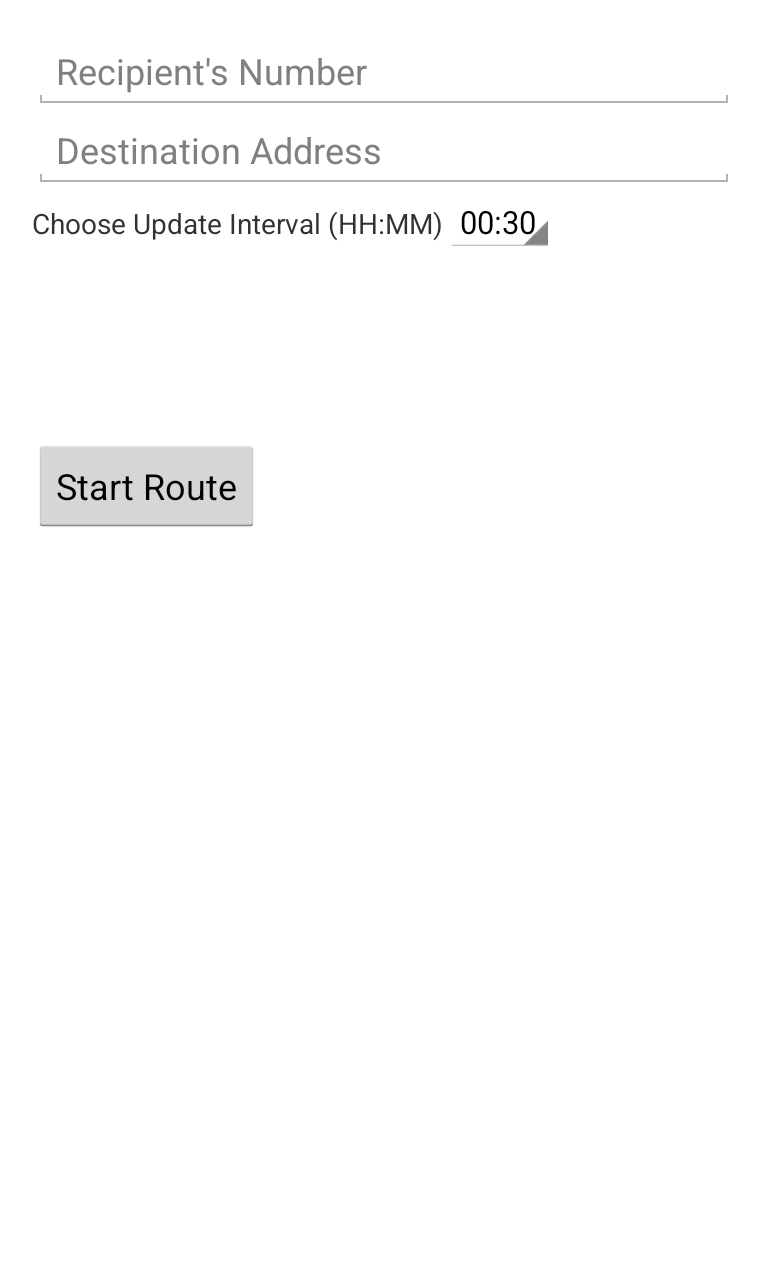
Repository: jmh9072/zolotnik
Layout: app/Herald!/res/layout/activity_main.xml
These files come from the project's save history. The layout is drawn as it stood at one moment and after the next save; the edit follows.
It is drawn on a 768 x 1280 px phone screen (xhdpi) without system bars, with theme AppTheme; the app's code is not run.

Above is the layout before, as saved 2013-06-08 01:27:53.

### app/Herald!/res/layout/activity_main.xml
<LinearLayout xmlns:android="http://schemas.android.com/apk/res/android"
    xmlns:tools="http://schemas.android.com/tools"
    android:layout_width="match_parent"
    android:layout_height="match_parent"
    android:orientation="vertical"
    android:paddingBottom="@dimen/activity_vertical_margin"
    android:paddingLeft="@dimen/activity_horizontal_margin"
    android:paddingRight="@dimen/activity_horizontal_margin"
    android:paddingTop="@dimen/activity_vertical_margin"
    tools:context=".MainActivity" >

    <EditText
        android:id="@+id/recipient_number"
        android:layout_width="fill_parent"
        android:layout_height="wrap_content"
        android:hint="@string/phone_hint"
        android:inputType="phone"/>

    <EditText
        android:id="@+id/destination_address"
        android:layout_width="fill_parent"
        android:layout_height="wrap_content"
        android:hint="@string/address_hint"
        android:inputType="textPostalAddress"/>

    <LinearLayout
        android:layout_width="fill_parent"
        android:layout_height="124dp"
        android:orientation="horizontal" >

         <TextView
        	android:id="@+id/spinner_prompt"
        	android:layout_width="wrap_content"
        	android:layout_height="wrap_content"
        	android:text="@string/update_interval"/>

    	<Spinner
        	android:id="@+id/interval_spinner"
        	android:layout_width="wrap_content"
        	android:layout_height="wrap_content"
       	 	android:entries="@array/interval_array"
        	android:prompt="@string/update_interval"/>


    </LinearLayout>


    <Button
        android:id="@+id/start_button"
        android:layout_width="wrap_content"
        android:layout_height="wrap_content"
        android:text="@string/start_route"/>



</LinearLayout>

### app/Herald!/res/values/strings.xml
<?xml version="1.0" encoding="utf-8"?>
<resources>

    <string name="app_name">Herald!</string>
    <string name="action_settings">Settings</string>
    <string name="phone_hint">Recipient\'s Number</string>
    <string name="address_hint">Destination Address</string>
    <string name="update_interval">Choose Update Interval (HH:MM)</string>
    <string name="start_route">Start Route</string>

    <string-array name="interval_array">
        <item>00:30</item>
        <item>00:45</item>
        <item>01:00</item>
        <item>01:15</item>
        <item>01:30</item>
        <item>01:45</item>
        <item>02:00</item>
        <item>02:15</item>
        <item>02:30</item>
        <item>02:45</item>
        <item>03:00</item>
        <item>03:15</item>
        <item>03:30</item>
        <item>03:45</item>
        <item>04:00</item>
    </string-array>

</resources>

Loaded but not shown: app/Herald!/res/values/styles.xml (common file); app/Herald!/res/values-v11/styles.xml (common file); app/Herald!/res/values-v14/styles.xml (common file); app/Herald!/res/values/dimens.xml (common file)

After the next save:
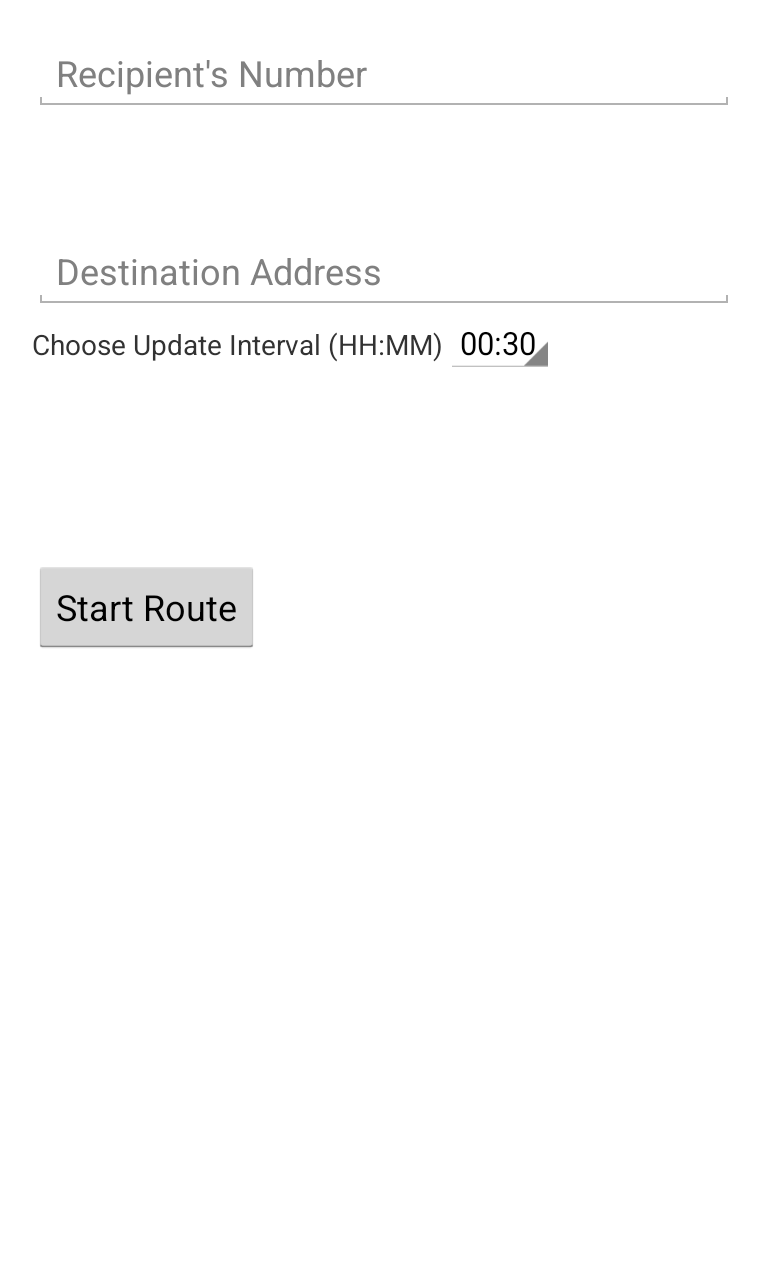
Saved 18 min 14 s later.
--- a/app/Herald!/res/layout/activity_main.xml
+++ b/app/Herald!/res/layout/activity_main.xml
@@ -9,12 +9,28 @@
     android:paddingTop="@dimen/activity_vertical_margin"
     tools:context=".MainActivity" >
 
-    <EditText
-        android:id="@+id/recipient_number"
+    <LinearLayout
         android:layout_width="fill_parent"
-        android:layout_height="wrap_content"
-        android:hint="@string/phone_hint"
-        android:inputType="phone"/>
+        android:layout_height="100dp"
+        android:orientation="horizontal">
+
+        <EditText
+        	android:id="@+id/recipient_number"
+        	android:layout_width="fill_parent"
+        	android:layout_height="wrap_content"
+        	android:hint="@string/phone_hint"
+        	android:inputType="phone"/>
+
+        <Button
+            android:id="@+id/contacts_btn"
+            android:layout_width="wrap_content"
+            android:layout_height="fill_parent"
+            android:text="@string/contacts_string"
+            android:onClick="openContacts()"></Button>
+
+
+    </LinearLayout>
+
 
     <EditText
         android:id="@+id/destination_address"
--- a/app/Herald!/res/values/strings.xml
+++ b/app/Herald!/res/values/strings.xml
@@ -4,6 +4,7 @@
     <string name="app_name">Herald!</string>
     <string name="action_settings">Settings</string>
     <string name="phone_hint">Recipient\'s Number</string>
+    <string name="contacts_string">Contacts</string>
     <string name="address_hint">Destination Address</string>
     <string name="update_interval">Choose Update Interval (HH:MM)</string>
     <string name="start_route">Start Route</string>
